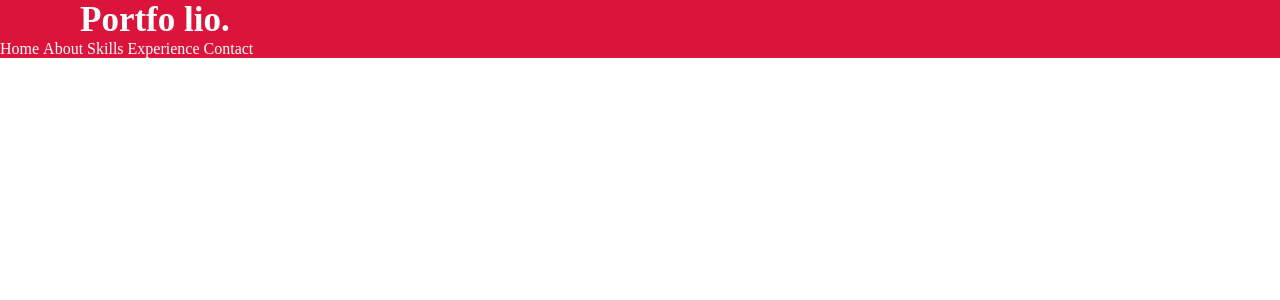
Repository: wyang08/wyang08.github.io
Page: index.html
An editor plug-in stored every save of this project. The page is shown before and after the next save, followed by the edit.
The browser window is 1280 px wide. The pictures show the whole page.

Above is the page before, as saved 2021-07-02 14:29:40.

After the next save:
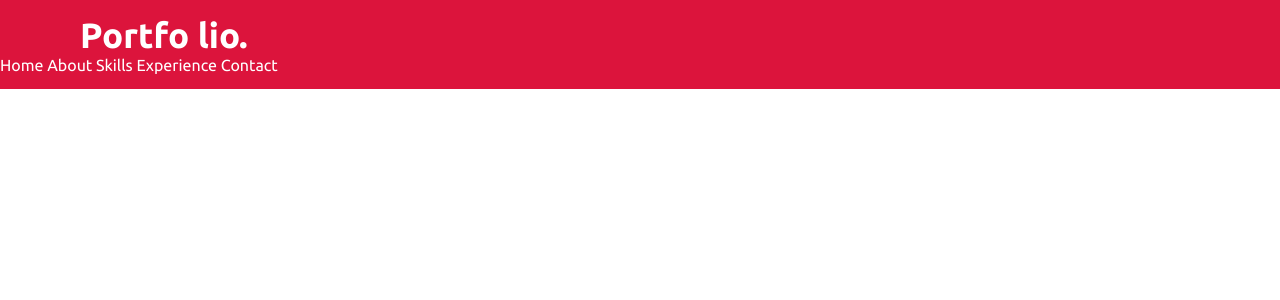
Saved 48 s later.
--- a/style.css
+++ b/style.css
@@ -12,7 +12,9 @@
 .navbar{
     position: fixed;
     width: 100%;
+    padding: 15px 0;
     background: crimson;
+    font-family: 'Ubuntu', sans-serif;
 }
 
 .navbar .menu li a{
